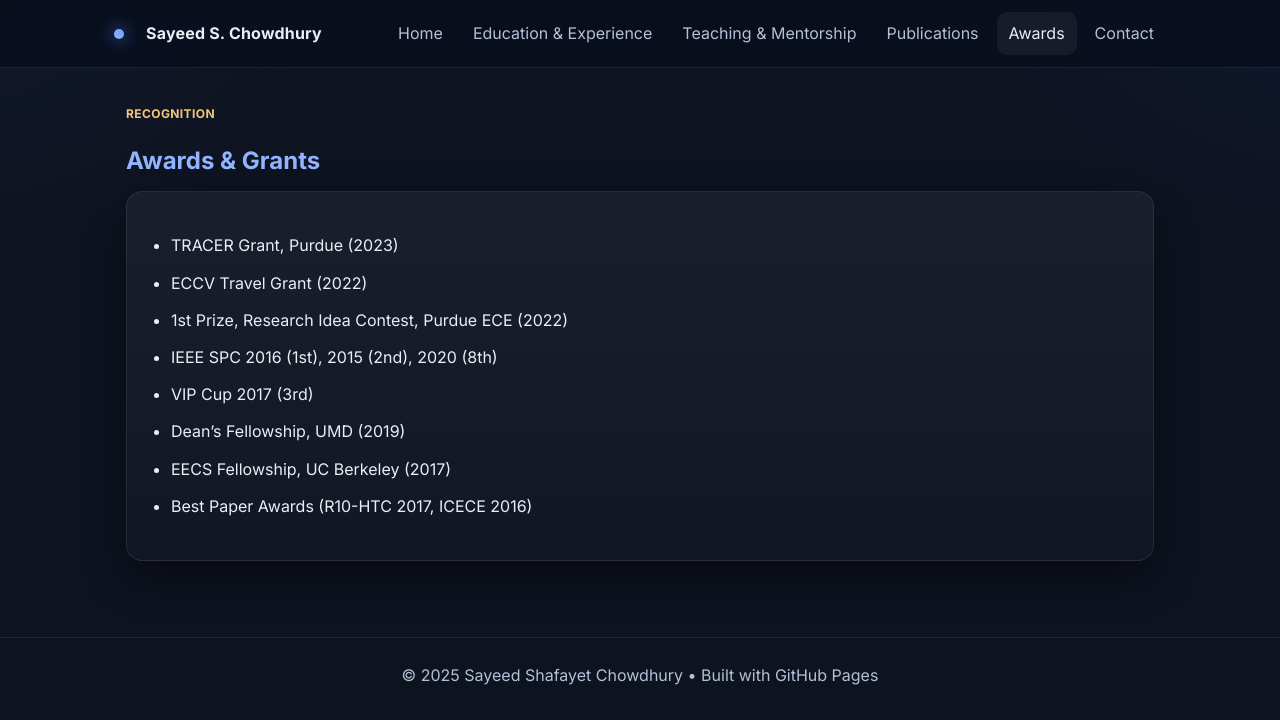
Repository: SayeedChowdhury/SayeedChowdhury.github.io
Page: awards.html
The author's editor kept a copy of each file at every save. The page is drawn from the files as they stood at one save, then again after the next save.
The browser window is 1280 px wide. The pictures show the whole page.

Above is the page before, as saved 2025-08-11 11:51:11.

After the next save:
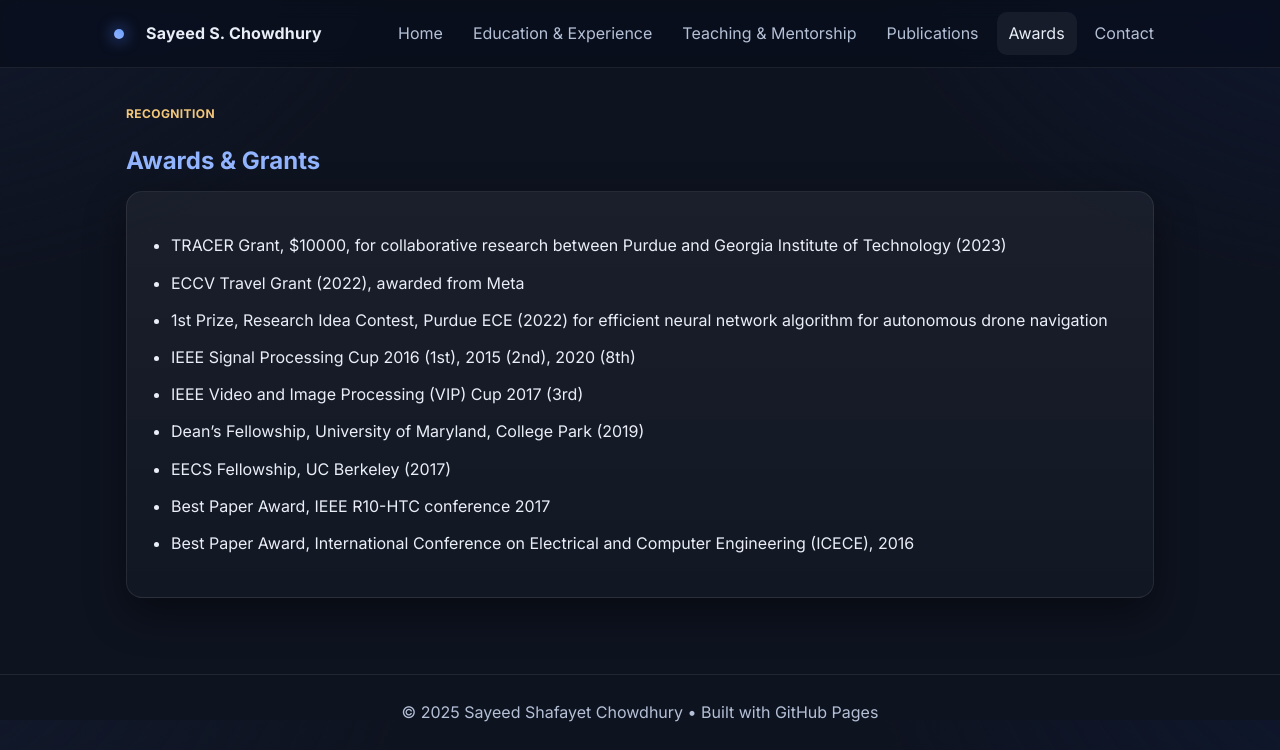
Saved 5 min 35 s later.
--- a/awards.html
+++ b/awards.html
@@ -31,14 +31,15 @@
   <h2>Awards & Grants</h2>
   <div class="card">
     <ul class="list">
-      <li>TRACER Grant, Purdue (2023)</li>
-      <li>ECCV Travel Grant (2022)</li>
-      <li>1st Prize, Research Idea Contest, Purdue ECE (2022)</li>
-      <li>IEEE SPC 2016 (1st), 2015 (2nd), 2020 (8th)</li>
-      <li>VIP Cup 2017 (3rd)</li>
-      <li>Dean’s Fellowship, UMD (2019)</li>
+      <li>TRACER Grant, $10000, for collaborative research between Purdue and Georgia Institute of Technology (2023)</li>
+      <li>ECCV Travel Grant (2022), awarded from Meta</li>
+      <li>1st Prize, Research Idea Contest, Purdue ECE (2022) for efficient neural network algorithm for autonomous drone navigation</li>
+      <li>IEEE Signal Processing Cup 2016 (1st), 2015 (2nd), 2020 (8th)</li>
+      <li>IEEE Video and Image Processing (VIP) Cup 2017 (3rd)</li>
+      <li>Dean’s Fellowship, University of Maryland, College Park (2019)</li>
       <li>EECS Fellowship, UC Berkeley (2017)</li>
-      <li>Best Paper Awards (R10-HTC 2017, ICECE 2016)</li>
+      <li>Best Paper Award, IEEE R10-HTC conference 2017</li>
+      <li>Best Paper Award, International Conference on Electrical and Computer Engineering (ICECE), 2016</li>
     </ul>
   </div>
 </section>
